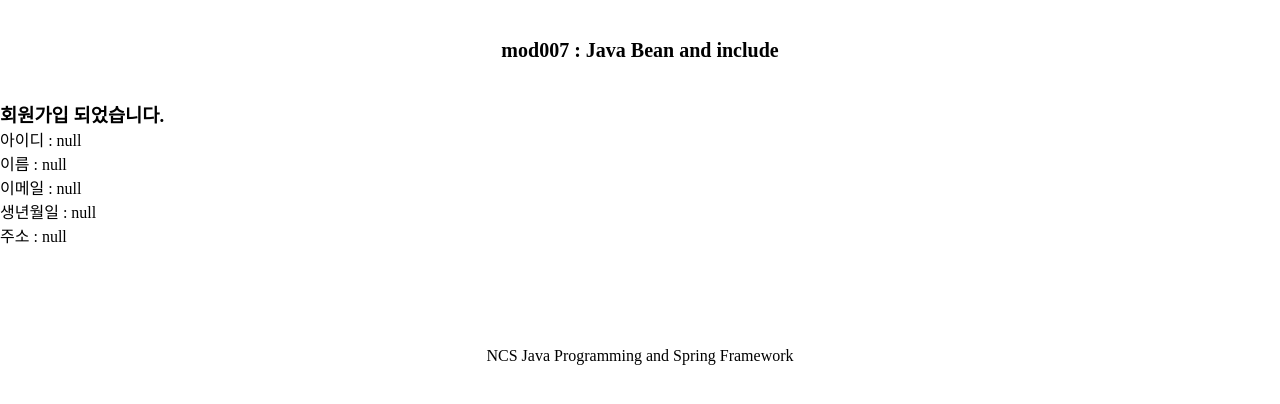
Repository: zeroj-0/eclipseProjects
Page: http://localhost/jv301/mod008/success.jsp
These files come from the project's save history. The page is drawn as it stood at one moment and after a run of saves; the edit follows.
The browser window is 1280 px wide. The pictures show the whole page.
The page is served by Tomcat 9. Nobody is signed in. The application's start-up code is not run. Other server files are loaded and not shown.

Above is the page before, as saved 2022-07-04 03:43:22.

### jv301/src/main/webapp/mod008/success.jsp
<%@ page language="java" contentType="text/html; charset=UTF-8" pageEncoding="UTF-8"%>
<%@page import="java.net.URLEncoder"%>
<!DOCTYPE html>
<html>
<head>
	<meta charset="UTF-8">
	<title>Insert title here</title>
	<link rel="stylesheet" href="./fixmethod.css">
</head>
<body>
<div id="wrapper">
		<div id="header">
			<jsp:include page="/incl/banner.jsp">
				<jsp:param name="subtitle" value="mod007 : Java Bean and include" />
				<jsp:param name="subtitle" value="<%=URLEncoder.encode(\"mod007 : 자바 빈즈\", \"UTF-8\") %>" />
			</jsp:include>
		</div>
		<div id="content-wrapper">
			<h3>회원가입 되었습니다.</h3>
			<%-- User클래스에서의 던져준 객체의 프로퍼티를 가져오는 것 --%>
			<jsp:useBean id="user" class="com.varxyz.jv301.mod007.User" scope="request"/>
			아이디 : <jsp:getProperty property="userId" name="user"/><br>
			이름 : <jsp:getProperty property="userName" name="user"/><br>
			이메일 : <jsp:getProperty property="email" name="user"/><br>
			생년월일 : <jsp:getProperty property="ssn" name="user"/><br>
			주소 : <jsp:getProperty property="addr" name="user"/><br>
		</div>
		<div id="footer">
			<%@ include file="/incl/footer.jsp" %>
		</div>
	</div>
</body>
</html>

### jv301/src/main/webapp/incl/footer.jsp
<%@ page language="java" contentType="text/html; charset=UTF-8" pageEncoding="UTF-8"%>
<div id="copyright">
	NCS Java Programming and Spring Framework
</div>

### jv301/src/main/webapp/incl/banner.jsp
<%@ page language="java" contentType="text/html; charset=UTF-8"  pageEncoding="UTF-8"%>
<div id="banner">
	<h4><%= request.getParameter("subtitle") %></h4>
</div>

### jv301/src/main/java/com/varxyz/jv301/mod010/User.java
package com.varxyz.jv301.mod007;

import java.io.Serializable;

public class User implements  Serializable {
	private String userId;
	private String passwd;
	private String userName;
	private String ssn;
	private String email;
	private String addr;
	public String getUserId() {
		return userId;
	}
	public void setUserId(String userId) {
		this.userId = userId;
	}
	public String getPasswd() {
		return passwd;
	}
	public void setPasswd(String passwd) {
		this.passwd = passwd;
	}
	public String getUserName() {
		return userName;
	}
	public void setUserName(String userName) {
		this.userName = userName;
	}
	public String getSsn() {
		return ssn;
	}
	public void setSsn(String ssn) {
		this.ssn = ssn;
	}
	public String getEmail() {
		return email;
	}
	public void setEmail(String mail) {
		this.email = mail;
	}
	public String getAddr() {
		return addr;
	}
	public void setAddr(String addr) {
		this.addr = addr;
	}



}

### jv301/src/main/webapp/mod008/fixmethod.css
@charset "UTF-8";
* { box-sizing: border-box; margin: 0; padding: 0;}

#header {
	height: 100px;
	width: 100%;
	text-align: center;
	font-size: 20px;
	line-height: 100px;
}
#footer {
	margin-top: 100px;
	text-align: center;
}

After the next 4 saves:
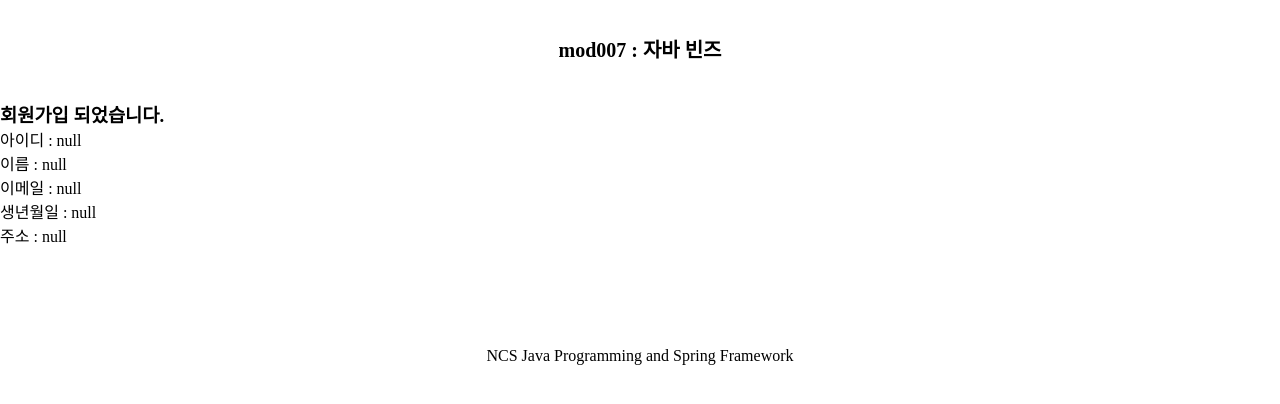
The 4 saves are shown as one change because 3 did not build or start.
The last was saved 78 min 1 s later.
--- a/jv301/src/main/webapp/mod008/success.jsp
+++ b/jv301/src/main/webapp/mod008/success.jsp
@@ -11,8 +11,7 @@
 <div id="wrapper">
 		<div id="header">
 			<jsp:include page="/incl/banner.jsp">
-				<jsp:param name="subtitle" value="mod007 : Java Bean and include" />
-				<jsp:param name="subtitle" value="<%=URLEncoder.encode(\"mod007 : 자바 빈즈\", \"UTF-8\") %>" />
+				<jsp:param name="subtitle" value='<%=URLEncoder.encode(\"mod007 : 자바 빈즈\", \"UTF-8\") %>'/>
 			</jsp:include>
 		</div>
 		<div id="content-wrapper">
--- a/jv301/src/main/webapp/incl/banner.jsp
+++ b/jv301/src/main/webapp/incl/banner.jsp
@@ -1,4 +1,6 @@
 <%@ page language="java" contentType="text/html; charset=UTF-8"  pageEncoding="UTF-8"%>
+<%@page import="java.net.URLDecoder"%>
 <div id="banner">
-	<h4><%= request.getParameter("subtitle") %></h4>
+	<%-- <h4><%= request.getParameter("subtitle") %></h4> --%>
+	<h4><%=URLDecoder.decode(request.getParameter("subtitle"), "UTF-8")%></h4>
 </div>
